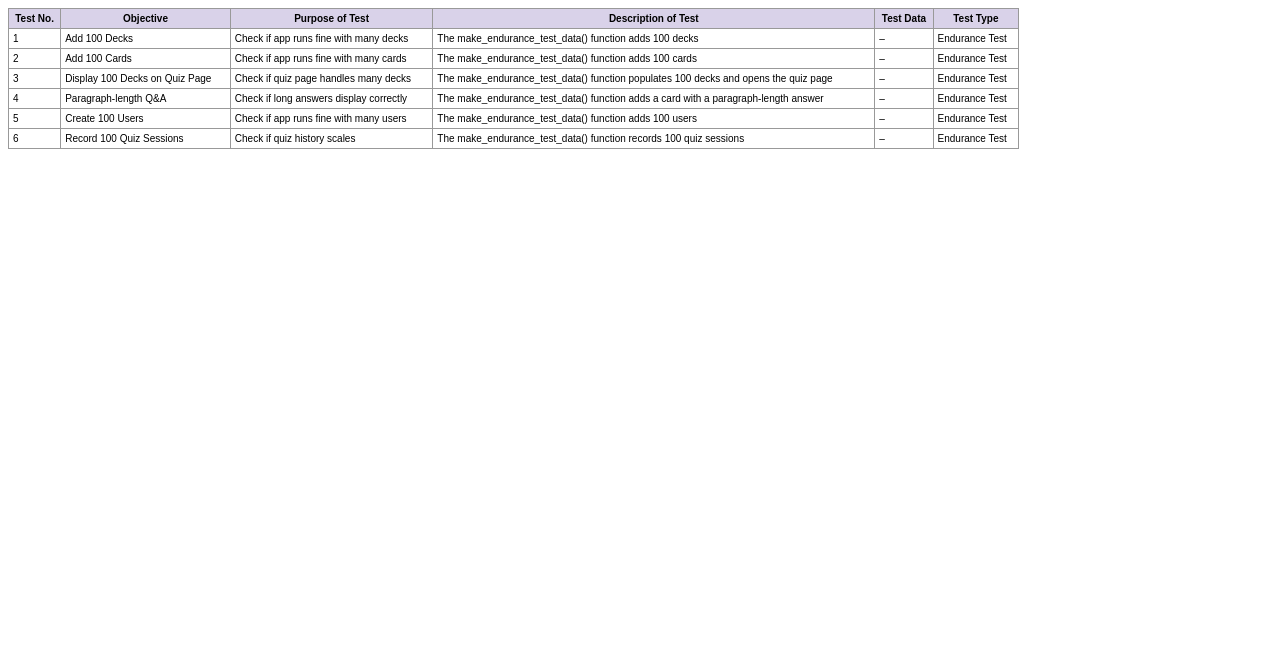
Repository: KetchupEater24/CS-NEA
Page: lol.html
These files come from the project's save history. The page is drawn as it stood at one moment and after the next save; the edit follows.
The browser window is 1280 px wide. The pictures show the whole page.

Above is the page before, as saved 2025-04-26 00:29:00.

### lol.html
<table style="width:80%; border-collapse: collapse; font-family: sans-serif; font-size:10px;">
    <thead>
      <tr style="background:#d9d2e9;">
        <th style="padding:4px; border:1px solid #999;">Test No.</th>
        <th style="padding:4px; border:1px solid #999;">Objective</th>
        <th style="padding:4px; border:1px solid #999;">Purpose of Test</th>
        <th style="padding:4px; border:1px solid #999;">Description of Test</th>
        <th style="padding:4px; border:1px solid #999;">Test Data</th>
        <th style="padding:4px; border:1px solid #999;">Test Type</th>
      </tr>
    </thead>
    <tbody>
      <tr>
        <td style="padding:4px; border:1px solid #999;">1</td>
        <td style="padding:4px; border:1px solid #999;">Add 100 Decks</td>
        <td style="padding:4px; border:1px solid #999;">Check if app runs fine with many decks</td>
        <td style="padding:4px; border:1px solid #999;">The make_endurance_test_data() function adds 100 decks</td>
        <td style="padding:4px; border:1px solid #999;">–</td>
        <td style="padding:4px; border:1px solid #999;">Endurance Test</td>
      </tr>
      <tr>
        <td style="padding:4px; border:1px solid #999;">2</td>
        <td style="padding:4px; border:1px solid #999;">Add 100 Cards</td>
        <td style="padding:4px; border:1px solid #999;">Check if app runs fine with many cards</td>
        <td style="padding:4px; border:1px solid #999;">The make_endurance_test_data() function adds 100 cards</td>
        <td style="padding:4px; border:1px solid #999;">–</td>
        <td style="padding:4px; border:1px solid #999;">Endurance Test</td>
      </tr>
      <tr>
        <td style="padding:4px; border:1px solid #999;">3</td>
        <td style="padding:4px; border:1px solid #999;">Display 100 Decks on Quiz Page</td>
        <td style="padding:4px; border:1px solid #999;">Check if quiz page handles many decks</td>
        <td style="padding:4px; border:1px solid #999;">The make_endurance_test_data() function populates 100 decks and opens the quiz page</td>
        <td style="padding:4px; border:1px solid #999;">–</td>
        <td style="padding:4px; border:1px solid #999;">Endurance Test</td>
      </tr>
      <tr>
        <td style="padding:4px; border:1px solid #999;">4</td>
        <td style="padding:4px; border:1px solid #999;">Paragraph-length Q&A</td>
        <td style="padding:4px; border:1px solid #999;">Check if long answers display correctly</td>
        <td style="padding:4px; border:1px solid #999;">The make_endurance_test_data() function adds a card with a paragraph-length answer</td>
        <td style="padding:4px; border:1px solid #999;">–</td>
        <td style="padding:4px; border:1px solid #999;">Endurance Test</td>
      </tr>
      <tr>
        <td style="padding:4px; border:1px solid #999;">5</td>
        <td style="padding:4px; border:1px solid #999;">Create 100 Users</td>
        <td style="padding:4px; border:1px solid #999;">Check if app runs fine with many users</td>
        <td style="padding:4px; border:1px solid #999;">The make_endurance_test_data() function adds 100 users</td>
        <td style="padding:4px; border:1px solid #999;">–</td>
        <td style="padding:4px; border:1px solid #999;">Endurance Test</td>
      </tr>
      <tr>
        <td style="padding:4px; border:1px solid #999;">6</td>
        <td style="padding:4px; border:1px solid #999;">Record 100 Quiz Sessions</td>
        <td style="padding:4px; border:1px solid #999;">Check if quiz history scales</td>
        <td style="padding:4px; border:1px solid #999;">The make_endurance_test_data() function records 100 quiz sessions</td>
        <td style="padding:4px; border:1px solid #999;">–</td>
        <td style="padding:4px; border:1px solid #999;">Endurance Test</td>
      </tr>
    </tbody>
  </table>

After the next save:
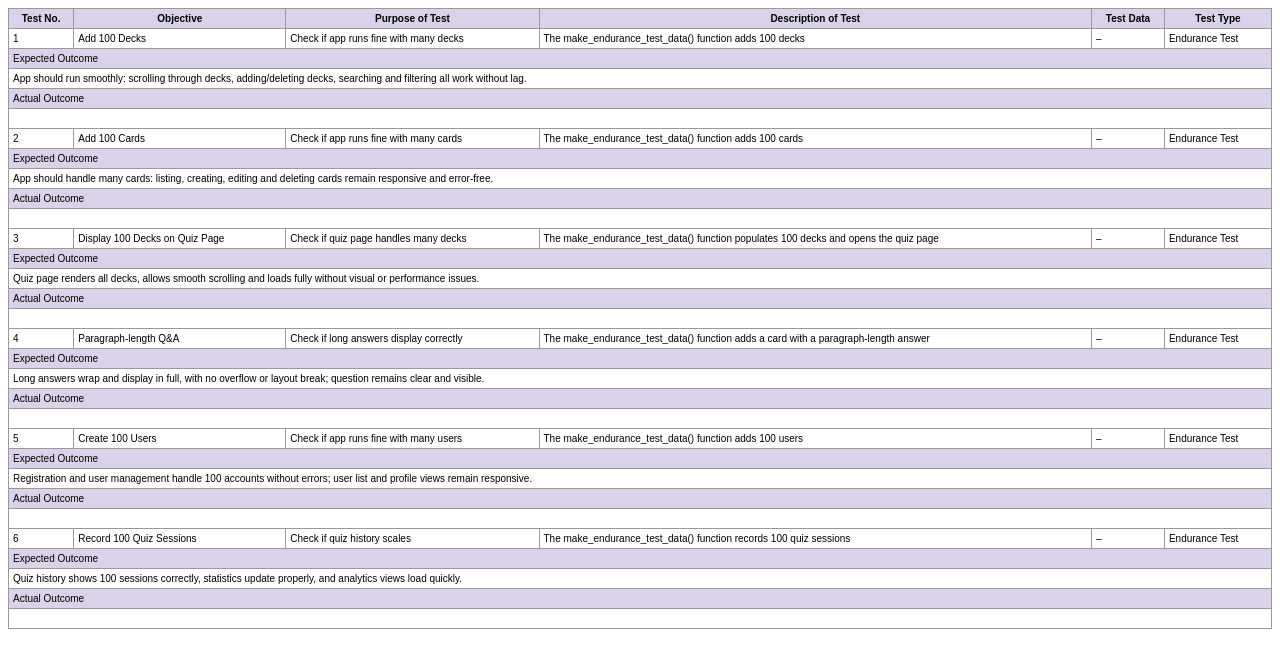
Saved 8 min 55 s later.
--- a/lol.html
+++ b/lol.html
@@ -1,4 +1,4 @@
-<table style="width:80%; border-collapse: collapse; font-family: sans-serif; font-size:10px;">
+<table style="width:100%; border-collapse: collapse; font-family: sans-serif; font-size:10px;">
     <thead>
       <tr style="background:#d9d2e9;">
         <th style="padding:4px; border:1px solid #999;">Test No.</th>
@@ -10,6 +10,7 @@
       </tr>
     </thead>
     <tbody>
+      <!-- Test 1 -->
       <tr>
         <td style="padding:4px; border:1px solid #999;">1</td>
         <td style="padding:4px; border:1px solid #999;">Add 100 Decks</td>
@@ -19,6 +20,22 @@
         <td style="padding:4px; border:1px solid #999;">Endurance Test</td>
       </tr>
       <tr>
+        <td colspan="6" style="padding:4px; border:1px solid #999; background:#d9d2e9;">Expected Outcome</td>
+      </tr>
+      <tr>
+        <td colspan="6" style="padding:4px; border:1px solid #999;">
+          App should run smoothly: scrolling through decks, adding/deleting decks, searching and filtering all work without lag.
+        </td>
+      </tr>
+      <tr>
+        <td colspan="6" style="padding:4px; border:1px solid #999; background:#d9d2e9;">Actual Outcome</td>
+      </tr>
+      <tr>
+        <td colspan="6" style="padding:4px; border:1px solid #999;">&nbsp;</td>
+      </tr>
+
+      <!-- Test 2 -->
+      <tr>
         <td style="padding:4px; border:1px solid #999;">2</td>
         <td style="padding:4px; border:1px solid #999;">Add 100 Cards</td>
         <td style="padding:4px; border:1px solid #999;">Check if app runs fine with many cards</td>
@@ -26,6 +43,22 @@
         <td style="padding:4px; border:1px solid #999;">–</td>
         <td style="padding:4px; border:1px solid #999;">Endurance Test</td>
       </tr>
+      <tr>
+        <td colspan="6" style="padding:4px; border:1px solid #999; background:#d9d2e9;">Expected Outcome</td>
+      </tr>
+      <tr>
+        <td colspan="6" style="padding:4px; border:1px solid #999;">
+          App should handle many cards: listing, creating, editing and deleting cards remain responsive and error-free.
+        </td>
+      </tr>
+      <tr>
+        <td colspan="6" style="padding:4px; border:1px solid #999; background:#d9d2e9;">Actual Outcome</td>
+      </tr>
+      <tr>
+        <td colspan="6" style="padding:4px; border:1px solid #999;">&nbsp;</td>
+      </tr>
+
+      <!-- Test 3 -->
       <tr>
         <td style="padding:4px; border:1px solid #999;">3</td>
         <td style="padding:4px; border:1px solid #999;">Display 100 Decks on Quiz Page</td>
@@ -35,6 +68,22 @@
         <td style="padding:4px; border:1px solid #999;">Endurance Test</td>
       </tr>
       <tr>
+        <td colspan="6" style="padding:4px; border:1px solid #999; background:#d9d2e9;">Expected Outcome</td>
+      </tr>
+      <tr>
+        <td colspan="6" style="padding:4px; border:1px solid #999;">
+          Quiz page renders all decks, allows smooth scrolling and loads fully without visual or performance issues.
+        </td>
+      </tr>
+      <tr>
+        <td colspan="6" style="padding:4px; border:1px solid #999; background:#d9d2e9;">Actual Outcome</td>
+      </tr>
+      <tr>
+        <td colspan="6" style="padding:4px; border:1px solid #999;">&nbsp;</td>
+      </tr>
+
+      <!-- Test 4 -->
+      <tr>
         <td style="padding:4px; border:1px solid #999;">4</td>
         <td style="padding:4px; border:1px solid #999;">Paragraph-length Q&A</td>
         <td style="padding:4px; border:1px solid #999;">Check if long answers display correctly</td>
@@ -42,6 +91,22 @@
         <td style="padding:4px; border:1px solid #999;">–</td>
         <td style="padding:4px; border:1px solid #999;">Endurance Test</td>
       </tr>
+      <tr>
+        <td colspan="6" style="padding:4px; border:1px solid #999; background:#d9d2e9;">Expected Outcome</td>
+      </tr>
+      <tr>
+        <td colspan="6" style="padding:4px; border:1px solid #999;">
+          Long answers wrap and display in full, with no overflow or layout break; question remains clear and visible.
+        </td>
+      </tr>
+      <tr>
+        <td colspan="6" style="padding:4px; border:1px solid #999; background:#d9d2e9;">Actual Outcome</td>
+      </tr>
+      <tr>
+        <td colspan="6" style="padding:4px; border:1px solid #999;">&nbsp;</td>
+      </tr>
+
+      <!-- Test 5 -->
       <tr>
         <td style="padding:4px; border:1px solid #999;">5</td>
         <td style="padding:4px; border:1px solid #999;">Create 100 Users</td>
@@ -51,6 +116,22 @@
         <td style="padding:4px; border:1px solid #999;">Endurance Test</td>
       </tr>
       <tr>
+        <td colspan="6" style="padding:4px; border:1px solid #999; background:#d9d2e9;">Expected Outcome</td>
+      </tr>
+      <tr>
+        <td colspan="6" style="padding:4px; border:1px solid #999;">
+          Registration and user management handle 100 accounts without errors; user list and profile views remain responsive.
+        </td>
+      </tr>
+      <tr>
+        <td colspan="6" style="padding:4px; border:1px solid #999; background:#d9d2e9;">Actual Outcome</td>
+      </tr>
+      <tr>
+        <td colspan="6" style="padding:4px; border:1px solid #999;">&nbsp;</td>
+      </tr>
+
+      <!-- Test 6 -->
+      <tr>
         <td style="padding:4px; border:1px solid #999;">6</td>
         <td style="padding:4px; border:1px solid #999;">Record 100 Quiz Sessions</td>
         <td style="padding:4px; border:1px solid #999;">Check if quiz history scales</td>
@@ -58,5 +139,19 @@
         <td style="padding:4px; border:1px solid #999;">–</td>
         <td style="padding:4px; border:1px solid #999;">Endurance Test</td>
       </tr>
+      <tr>
+        <td colspan="6" style="padding:4px; border:1px solid #999; background:#d9d2e9;">Expected Outcome</td>
+      </tr>
+      <tr>
+        <td colspan="6" style="padding:4px; border:1px solid #999;">
+          Quiz history shows 100 sessions correctly, statistics update properly, and analytics views load quickly.
+        </td>
+      </tr>
+      <tr>
+        <td colspan="6" style="padding:4px; border:1px solid #999; background:#d9d2e9;">Actual Outcome</td>
+      </tr>
+      <tr>
+        <td colspan="6" style="padding:4px; border:1px solid #999;">&nbsp;</td>
+      </tr>
     </tbody>
   </table>
